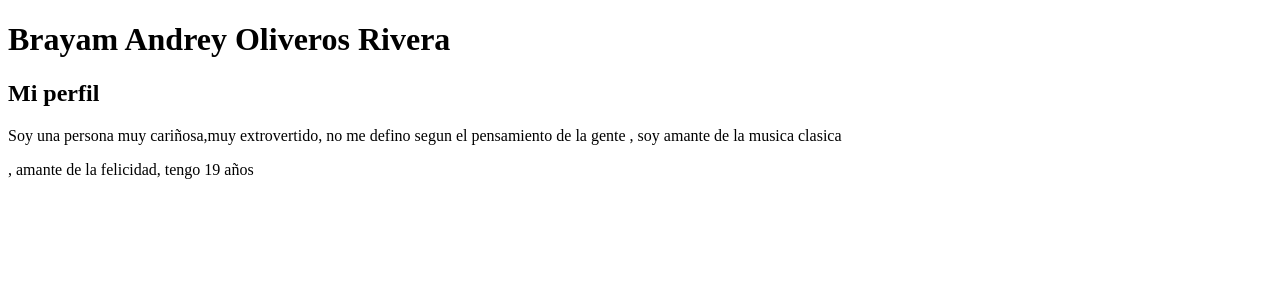
Repository: AndreyRi13/clasesweb
Page: index.html
The author's editor kept a copy of each file at every save. The page is drawn from the files as they stood at one save, then again after a run of saves.
The browser window is 1280 px wide. The pictures show the whole page.

Above is the page before, as saved 2020-09-17 07:22:02.

After the next 6 saves:
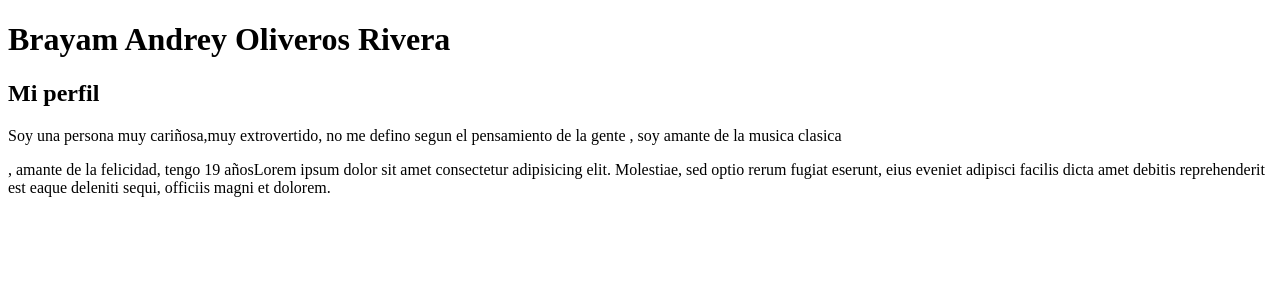
The 6 saves are shown as one change because they came seconds apart.
The last was saved 47 s later.
--- a/index.html
+++ b/index.html
@@ -12,8 +12,9 @@
   <h2>Mi perfil</h2>
 
   <p>Soy una persona muy cariñosa,muy extrovertido, no me defino segun el pensamiento de la gente , soy amante de la musica clasica</p>
-  <p>, amante de la felicidad, tengo 19 años</p>
-
+  <p>, amante de la felicidad, tengo 19 años</p<p>Lorem ipsum dolor sit amet consectetur adipisicing elit. Molestiae, sed optio rerum fugiat
+    eserunt, eius eveniet adipisci facilis
+    dicta amet debitis reprehenderit est eaque deleniti sequi, officiis magni et dolorem.</p>
 
 </body>
 </html>
